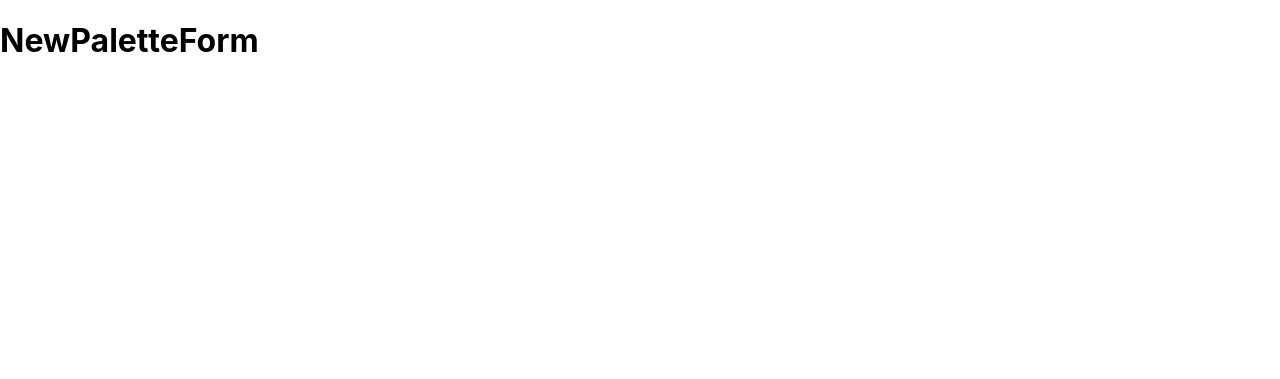
Repository: KishoreNewton/newcolors
Page: /create-new-colors
An editor plug-in stored every save of this project. The page is shown before and after a run of saves, followed by the edit.
The browser window is 1280 px wide. The pictures show the whole page.
The project was rebuilt for these pictures with package versions that can differ from the ones it lists, and the page was loaded fresh each time. Also part of the build but not shown: src/ColorBox.css, src/styles/ColorBoxStyles.js, src/ColorBox.js, src/Palette.css, src/styles/NavBarStyles.js, src/NavBar.js, src/styles/PaletteStyles.js, src/Palette.js and 5 more.

Above is the page before, as saved 2019-12-13 01:01:39.

### src/index.js
import React from 'react';
import ReactDOM from 'react-dom';
import './index.css';
import App from './App';
import * as serviceWorker from './serviceWorker';
import { BrowserRouter } from "react-router-dom"

ReactDOM.render(
<BrowserRouter>
<App />
</BrowserRouter>, document.getElementById('root'));

// If you want your app to work offline and load faster, you can change
// unregister() to register() below. Note this comes with some pitfalls.
// Learn more about service workers: https://bit.ly/CRA-PWA
serviceWorker.unregister();

### src/App.js
import React, { Component } from 'react';
import Palette from "./Palette"
import seedColors from "./seedColors"
import { generatePalette } from "./colorHelpers"
import { Router, Route, Switch } from "react-router-dom"
import PalletList from "./PalletList"
import SingleColorPalette from "./SingleColorPalette"
import NewPaletteForm from "./NewPaletteForm"


class App extends Component {
  findPalette(id){
   return seedColors.find(function(palette){
      return palette.id === id
    })
  }
  render(){
    console.log(generatePalette(seedColors[5]))
  return (
    <Switch>
    <Route exact path="/create-new-colors" render={() => <NewPaletteForm />} />
    <Route path="/palette/:paletteId/:colorId" render={routeProps => (
      <SingleColorPalette colorId={routeProps.match.params.colorId} palette={generatePalette(this.findPalette(routeProps.match.params.paletteId))} />
    )} />
    <Route exact path="/" render={(routeProps) => <PalletList palettes={seedColors} {...routeProps} />} />
    <Route exact path="/palette/:id" render={routeProps => (
      <Palette palette={generatePalette(this.findPalette(routeProps.match.params.id))} />
    )}
    />
    </Switch>
  )}
}

export default App

### src/seedColors.js
export default [
  {
    paletteName: "Material UI Colors",
    id: "material-ui-colors",
    emoji: "🎨",
    colors: [
      { name: "red", color: "#F44336" },
      { name: "pink", color: "#E91E63" },
      { name: "purple", color: "#9C27B0" },
      { name: "deeppurple", color: "#673AB7" },
      { name: "indigo", color: "#3F51B5" },
      { name: "blue", color: "#2196F3" },
      { name: "lightblue", color: "#03A9F4" },
      { name: "cyan", color: "#00BCD4" },
      { name: "teal", color: "#009688" },
      { name: "green", color: "#4CAF50" },
      { name: "lightgreen", color: "#8BC34A" },
      { name: "lime", color: "#CDDC39" },
      { name: "yellow", color: "#FFEB3B" },
      { name: "amber", color: "#FFC107" },
      { name: "orange", color: "#FF9800" },
      { name: "deeporange", color: "#FF5722" },
      { name: "brown", color: "#795548" },
      { name: "grey", color: "#9E9E9E" },
      { name: "bluegrey", color: "#607D8B" }
    ]
  },
  {
    paletteName: "Flat UI Colors v1",
    id: "flat-ui-colors-v1",
    emoji: "🤙",
    colors: [
      { name: "Turquoise", color: "#1abc9c" },
      { name: "Emerald", color: "#2ecc71" },
      { name: "PeterRiver", color: "#3498db" },
      { name: "Amethyst", color: "#9b59b6" },
      { name: "WetAsphalt", color: "#34495e" },
      { name: "GreenSea", color: "#16a085" },
      { name: "Nephritis", color: "#27ae60" },
      { name: "BelizeHole", color: "#2980b9" },
      { name: "Wisteria", color: "#8e44ad" },
      { name: "MidnightBlue", color: "#2c3e50" },
      { name: "SunFlower", color: "#f1c40f" },
      { name: "Carrot", color: "#e67e22" },
      { name: "Alizarin", color: "#e74c3c" },
      { name: "Clouds", color: "#ecf0f1" },
      { name: "Concrete", color: "#95a5a6" },
      { name: "Orange", color: "#f39c12" },
      { name: "Pumpkin", color: "#d35400" },
      { name: "Pomegranate", color: "#c0392b" },
      { name: "Silver", color: "#bdc3c7" },
      { name: "Asbestos", color: "#7f8c8d" }
    ]
  },
  {
    paletteName: "Flat UI Colors Dutch",
    id: "flat-ui-colors-dutch",
    emoji: "🇳🇱",
    colors: [
      { name: "Sunflower", color: "#FFC312" },
      { name: "Energos", color: "#C4E538" },
      { name: "BlueMartina", color: "#12CBC4" },
      { name: "LavenderRose", color: "#FDA7DF" },
      { name: "BaraRose", color: "#ED4C67" },
      { name: "RadiantYellow", color: "#F79F1F" },
      { name: "AndroidGreen", color: "#A3CB38" },
      { name: "MediterraneanSea", color: "#1289A7" },
      { name: "LavenderTea", color: "#D980FA" },
      { name: "VerryBerry", color: "#B53471" },
      { name: "PuffinsBill", color: "#EE5A24" },
      { name: "PixelatedGrass", color: "#009432" },
      { name: "MerchantMarineBlue", color: "#0652DD" },
      { name: "ForgottenPurple", color: "#9980FA" },
      { name: "HollyHock", color: "#833471" },
      { name: "RedPigment", color: "#EA2027" },
      { name: "TurkishAqua", color: "#006266" },
      { name: "20000LeaguesUnderTheSea", color: "#1B1464" },
      { name: "CircumorbitalRing", color: "#5758BB" },
      { name: "MagentaPurple", color: "#6F1E51" }
    ]
  },
  {
    paletteName: "Flat UI Colors American",
    id: "flat-ui-colors-american",
    emoji: "🇺🇸",
    colors: [
      { name: "LightGreenishBlue", color: "#55efc4" },
      { name: "FadedPoster", color: "#81ecec" },
      { name: "GreenDarnerTail", color: "#74b9ff" },
      { name: "ShyMoment", color: "#a29bfe" },
      { name: "CityLights", color: "#dfe6e9" },
      { name: "MintLeaf", color: "#00b894" },
      { name: "RobinsEggBlue", color: "#00cec9" },
      { name: "ElectronBlue", color: "#0984e3" },
      { name: "ExodusFruit", color: "#6c5ce7" },
      { name: "SoothingBreeze", color: "#b2bec3" },
      { name: "SourLemon", color: "#ffeaa7" },
      { name: "FirstDate", color: "#fab1a0" },
      { name: "PinkGlamour", color: "#ff7675" },
      { name: "Pico8Pink", color: "#fd79a8" },
      { name: "AmericanRiver", color: "#636e72" },
      { name: "BrightYarrow", color: "#fdcb6e" },
      { name: "OrangeVille", color: "#e17055" },
      { name: "Chi-Gong", color: "#d63031" },
      { name: "PrunusAvium", color: "#e84393" },
      { name: "DraculaOrchid", color: "#2d3436" }
    ]
  },
  {
    paletteName: "Flat UI Colors Aussie",
    id: "flat-ui-colors-aussie",
    emoji: "🇦🇺",
    colors: [
      { name: "Beekeeper", color: "#f6e58d" },
      { name: "SpicedNectarine", color: "#ffbe76" },
      { name: "PinkGlamour", color: "#ff7979" },
      { name: "JuneBud", color: "#badc58" },
      { name: "CoastalBreeze", color: "#dff9fb" },
      { name: "Turbo", color: "#f9ca24" },
      { name: "QuinceJelly", color: "#f0932b" },
      { name: "CarminePink", color: "#eb4d4b" },
      { name: "PureApple", color: "#6ab04c" },
      { name: "HintOfIcePack", color: "#c7ecee" },
      { name: "MiddleBlue", color: "#7ed6df" },
      { name: "Heliotrope", color: "#e056fd" },
      { name: "ExodusFruit", color: "#686de0" },
      { name: "DeepKoamaru", color: "#30336b" },
      { name: "SoaringEagle", color: "#95afc0" },
      { name: "GreenlandGreen", color: "#22a6b3" },
      { name: "SteelPink", color: "#be2edd" },
      { name: "Blurple", color: "#4834d4" },
      { name: "DeepCove", color: "#130f40" },
      { name: "WizardGrey", color: "#535c68" }
    ]
  },
  {
    paletteName: "Flat UI Colors British",
    id: "flat-ui-colors-british",
    emoji: "🇬🇧",
    colors: [
      { name: "ProtossPylon", color: "#00a8ff" },
      { name: "Periwinkle", color: "#9c88ff" },
      { name: "Rise-N-Shine", color: "#fbc531" },
      { name: "DownloadProgress", color: "#4cd137" },
      { name: "Seabrook", color: "#487eb0" },
      { name: "VanaDylBlue", color: "#0097e6" },
      { name: "MattPurple", color: "#8c7ae6" },
      { name: "NanohanachaGold", color: "#e1b12c" },
      { name: "SkirretGreen", color: "#44bd32" },
      { name: "Naval", color: "#40739e" },
      { name: "NasturcianFlower", color: "#e84118" },
      { name: "LynxWhite", color: "#f5f6fa" },
      { name: "BlueberrySoda", color: "#7f8fa6" },
      { name: "MazarineBlue", color: "#273c75" },
      { name: "BlueNights", color: "#353b48" },
      { name: "HarleyOrange", color: "#c23616" },
      { name: "HintOfPensive", color: "#dcdde1" },
      { name: "ChainGangGrey", color: "#718093" },
      { name: "PicoVoid", color: "#192a56" },
      { name: "ElectroMagnetic", color: "#2f3640" }
    ]
  },
  {
    paletteName: "Flat UI Colors Spanish",
    id: "flat-ui-colors-spanish",
    emoji: "🇪🇸",
    colors: [
      { name: "JacksonsPurple", color: "#40407a" },
      { name: "C64Purple", color: "#706fd3" },
      { name: "SwanWhite", color: "#f7f1e3" },
      { name: "SummerSky", color: "#34ace0" },
      { name: "CelestialGreen", color: "#33d9b2" },
      { name: "LuckyPoint", color: "#2c2c54" },
      { name: "Liberty", color: "#474787" },
      { name: "HotStone", color: "#aaa69d" },
      { name: "DevilBlue", color: "#227093" },
      { name: "PalmSpringsSplash", color: "#218c74" },
      { name: "FlourescentRed", color: "#ff5252" },
      { name: "SyntheticPumpkin", color: "#ff793f" },
      { name: "CrocodileTooth", color: "#d1ccc0" },
      { name: "MandarinSorbet", color: "#ffb142" },
      { name: "SpicedButterNut", color: "#ffda79" },
      { name: "EyeOfNewt", color: "#b33939" },
      { name: "ChileanFire", color: "#cd6133" },
      { name: "GreyPorcelain", color: "#84817a" },
      { name: "AlamedaOchre", color: "#cc8e35" },
      { name: "Desert", color: "#ccae62" }
    ]
  },
  {
    paletteName: "Flat UI Colors Indian",
    id: "flat-ui-colors-indian",
    emoji: "🇮🇳",
    colors: [
      { name: "OrchidOrange", color: "#FEA47F" },
      { name: "SpiroDiscoBall", color: "#25CCF7" },
      { name: "HoneyGlow", color: "#EAB543" },
      { name: "SweetGarden", color: "#55E6C1" },
      { name: "FallingStar", color: "#CAD3C8" },
      { name: "RichGardenia", color: "#F97F51" },
      { name: "ClearChill", color: "#1B9CFC" },
      { name: "WhitePepper", color: "#F8EFBA" },
      { name: "Keppel", color: "#58B19F" },
      { name: "ShipsOfficer", color: "#2C3A47" },
      { name: "FieryFuchsia", color: "#B33771" },
      { name: "BlueBell", color: "#3B3B98" },
      { name: "GeorgiaPeach", color: "#FD7272" },
      { name: "OasisStream", color: "#9AECDB" },
      { name: "BrightUbe", color: "#D6A2E8" },
      { name: "MagentaPurple", color: "#6D214F" },
      { name: "EndingNavyBlue", color: "#182C61" },
      { name: "SasquatchSocks", color: "#FC427B" },
      { name: "PineGlade", color: "#BDC581" },
      { name: "HighlighterLavender", color: "#82589F" }
    ]
  },
  {
    paletteName: "Flat UI Colors French",
    id: "flat-ui-colors-french",
    emoji: "🇫🇷",
    colors: [
      { name: "FlatFlesh", color: "#fad390" },
      { name: "MelonMelody", color: "#f8c291" },
      { name: "Livid", color: "#6a89cc" },
      { name: "Spray", color: "#82ccdd" },
      { name: "ParadiseGreen", color: "#b8e994" },
      { name: "SquashBlossom", color: "#f6b93b" },
      { name: "MandarinRed", color: "#e55039" },
      { name: "AzraqBlue", color: "#4a69bd" },
      { name: "Dupain", color: "#60a3bc" },
      { name: "AuroraGreen", color: "#78e08f" },
      { name: "IcelandPoppy", color: "#fa983a" },
      { name: "TomatoRed", color: "#eb2f06" },
      { name: "YueGuangBlue", color: "#1e3799" },
      { name: "GoodSamaritan", color: "#3c6382" },
      { name: "Waterfall", color: "#38ada9" },
      { name: "CarrotOrange", color: "#e58e26" },
      { name: "JalapenoRed", color: "#b71540" },
      { name: "DarkSapphire", color: "#0c2461" },
      { name: "ForestBlues", color: "#0a3d62" },
      { name: "ReefEncounter", color: "#079992" }
    ]
  }
];

### src/colorHelpers.js
import chroma from "chroma-js"

const levels = [50, 100, 200, 300, 400, 500, 600, 700, 800, 900]

function generatePalette(starterPalette){
    let newPalettee = {
        paletteName: starterPalette.paletteName,
        id: starterPalette.id,
        emoji: starterPalette.emoji,
        colors: {}
    }
    for(let level of levels){
        newPalettee.colors[level] = []
    }
    for(let color of starterPalette.colors){
        let scale = getScale(color.color, 10).reverse()
        for(let i in scale){
            newPalettee.colors[levels[i]].push({
                name: `${color.name} ${levels[i]}`,
                id: color.name.toLowerCase().replace(/ /g, "-"),
                hex: scale[i],
                rgb: chroma(scale[i]).css(),
                rgba: chroma(scale[i]).css().replace("rgb", "rgba").replace(")", ",1.0)")
            })
        }
    }
    return newPalettee
}

function getRange(hexColor){
    const end = "#FFF"
    return [
        chroma(hexColor).darken(1.4).hex(),
        hexColor,
        end
    ]
}

function getScale(hexColor, numberOfColors){
   return chroma.scale(getRange(hexColor)).mode("lab").colors(numberOfColors)
}

export { generatePalette }

### src/NewPaletteForm.js
import React, { Component } from 'react'
import classNames from 'classnames';
import { withStyles } from '@material-ui/core/styles';
import Drawer from '@material-ui/core/Drawer';
import CssBaseline from '@material-ui/core/CssBaseline';
import AppBar from '@material-ui/core/AppBar';
import Toolbar from '@material-ui/core/Toolbar';
import List from '@material-ui/core/List';
import Typography from '@material-ui/core/Typography';
import Divider from '@material-ui/core/Divider';
import IconButton from '@material-ui/core/IconButton';
import MenuIcon from '@material-ui/icons/Menu';
import ChevronLeftIcon from '@material-ui/icons/ChevronLeft';
import ChevronRightIcon from '@material-ui/icons/ChevronRight';
import ListItem from '@material-ui/core/ListItem';
import ListItemIcon from '@material-ui/core/ListItemIcon';
import ListItemText from '@material-ui/core/ListItemText';
import InboxIcon from '@material-ui/icons/MoveToInbox';
import MailIcon from '@material-ui/icons/Mail';

const drawerWidth = 240

const styles = theme => ({
    root: {
      display: 'flex',
    },
    appBar: {
      transition: theme.transitions.create(['margin', 'width'], {
        easing: theme.transitions.easing.sharp,
        duration: theme.transitions.duration.leavingScreen,
      }),
    },
    appBarShift: {
      width: `calc(100% - ${drawerWidth}px)`,
      marginLeft: drawerWidth,
      transition: theme.transitions.create(['margin', 'width'], {
        easing: theme.transitions.easing.easeOut,
        duration: theme.transitions.duration.enteringScreen,
      }),
    },
    menuButton: {
      marginLeft: 12,
      marginRight: 20,
    },
    hide: {
      display: 'none',
    },
    drawer: {
      width: drawerWidth,
      flexShrink: 0,
    },
    drawerPaper: {
      width: drawerWidth,
    },
    drawerHeader: {
      display: 'flex',
      alignItems: 'center',
      padding: '0 8px',
      ...theme.mixins.toolbar,
      justifyContent: 'flex-end',
    },
    content: {
      flexGrow: 1,
      padding: theme.spacing.unit * 3,
      transition: theme.transitions.create('margin', {
        easing: theme.transitions.easing.sharp,
        duration: theme.transitions.duration.leavingScreen,
      }),
      marginLeft: -drawerWidth,
    },
    contentShift: {
      transition: theme.transitions.create('margin', {
        easing: theme.transitions.easing.easeOut,
        duration: theme.transitions.duration.enteringScreen,
      }),
      marginLeft: 0,
    },
  });

export default class NewPaletteForm extends Component {
  render() {
    return (
      <div>
        <h1>NewPaletteForm</h1>
      </div>
    )
  }
}

Loaded but not shown: public/index.html (common file); src/index.css (common file); src/serviceWorker.js (common file)

After the next 6 saves:
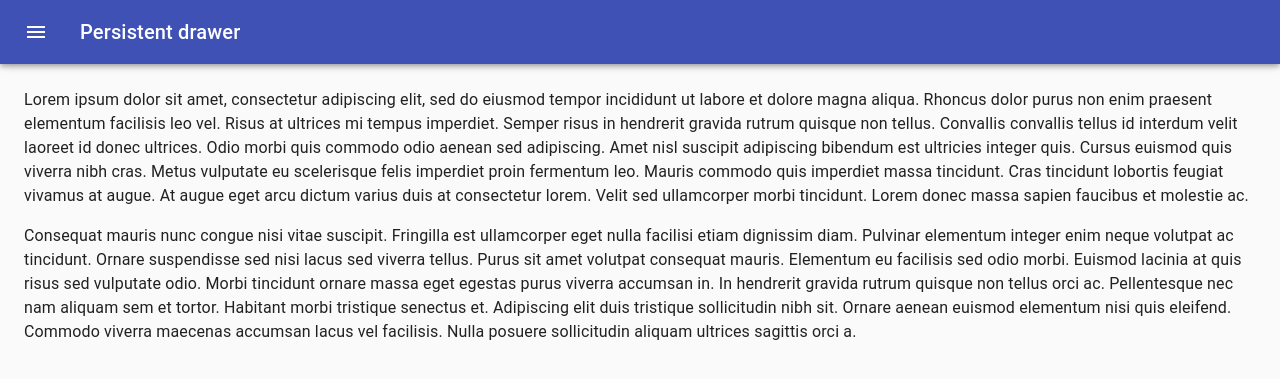
The 6 saves are shown as one change because 5 did not build or start.
The last was saved 2 min 19 s later.
--- a/src/NewPaletteForm.js
+++ b/src/NewPaletteForm.js
@@ -77,12 +77,113 @@ const styles = theme => ({
     },
   });
 
-export default class NewPaletteForm extends Component {
-  render() {
-    return (
-      <div>
-        <h1>NewPaletteForm</h1>
-      </div>
-    )
+  class NewPaletteForm extends Component {
+    state = {
+      open: false,
+    };
+
+    handleDrawerOpen = () => {
+      this.setState({ open: true });
+    };
+
+    handleDrawerClose = () => {
+      this.setState({ open: false });
+    };
+
+    render() {
+      const { classes, theme } = this.props;
+      const { open } = this.state;
+
+      return (
+        <div className={classes.root}>
+          <CssBaseline />
+          <AppBar
+            position="fixed"
+            className={classNames(classes.appBar, {
+              [classes.appBarShift]: open,
+            })}
+          >
+            <Toolbar disableGutters={!open}>
+              <IconButton
+                color="inherit"
+                aria-label="Open drawer"
+                onClick={this.handleDrawerOpen}
+                className={classNames(classes.menuButton, open && classes.hide)}
+              >
+                <MenuIcon />
+              </IconButton>
+              <Typography variant="h6" color="inherit" noWrap>
+                Persistent drawer
+              </Typography>
+            </Toolbar>
+          </AppBar>
+          <Drawer
+            className={classes.drawer}
+            variant="persistent"
+            anchor="left"
+            open={open}
+            classes={{
+              paper: classes.drawerPaper,
+            }}
+          >
+            <div className={classes.drawerHeader}>
+              <IconButton onClick={this.handleDrawerClose}>
+                {theme.direction === 'ltr' ? <ChevronLeftIcon /> : <ChevronRightIcon />}
+              </IconButton>
+            </div>
+            <Divider />
+            <List>
+              {['Inbox', 'Starred', 'Send email', 'Drafts'].map((text, index) => (
+                <ListItem button key={text}>
+                  <ListItemIcon>{index % 2 === 0 ? <InboxIcon /> : <MailIcon />}</ListItemIcon>
+                  <ListItemText primary={text} />
+                </ListItem>
+              ))}
+            </List>
+            <Divider />
+            <List>
+              {['All mail', 'Trash', 'Spam'].map((text, index) => (
+                <ListItem button key={text}>
+                  <ListItemIcon>{index % 2 === 0 ? <InboxIcon /> : <MailIcon />}</ListItemIcon>
+                  <ListItemText primary={text} />
+                </ListItem>
+              ))}
+            </List>
+          </Drawer>
+          <main
+            className={classNames(classes.content, {
+              [classes.contentShift]: open,
+            })}
+          >
+            <div className={classes.drawerHeader} />
+            <Typography paragraph>
+              Lorem ipsum dolor sit amet, consectetur adipiscing elit, sed do eiusmod tempor
+              incididunt ut labore et dolore magna aliqua. Rhoncus dolor purus non enim praesent
+              elementum facilisis leo vel. Risus at ultrices mi tempus imperdiet. Semper risus in
+              hendrerit gravida rutrum quisque non tellus. Convallis convallis tellus id interdum
+              velit laoreet id donec ultrices. Odio morbi quis commodo odio aenean sed adipiscing.
+              Amet nisl suscipit adipiscing bibendum est ultricies integer quis. Cursus euismod quis
+              viverra nibh cras. Metus vulputate eu scelerisque felis imperdiet proin fermentum leo.
+              Mauris commodo quis imperdiet massa tincidunt. Cras tincidunt lobortis feugiat vivamus
+              at augue. At augue eget arcu dictum varius duis at consectetur lorem. Velit sed
+              ullamcorper morbi tincidunt. Lorem donec massa sapien faucibus et molestie ac.
+            </Typography>
+            <Typography paragraph>
+              Consequat mauris nunc congue nisi vitae suscipit. Fringilla est ullamcorper eget nulla
+              facilisi etiam dignissim diam. Pulvinar elementum integer enim neque volutpat ac
+              tincidunt. Ornare suspendisse sed nisi lacus sed viverra tellus. Purus sit amet volutpat
+              consequat mauris. Elementum eu facilisis sed odio morbi. Euismod lacinia at quis risus
+              sed vulputate odio. Morbi tincidunt ornare massa eget egestas purus viverra accumsan in.
+              In hendrerit gravida rutrum quisque non tellus orci ac. Pellentesque nec nam aliquam sem
+              et tortor. Habitant morbi tristique senectus et. Adipiscing elit duis tristique
+              sollicitudin nibh sit. Ornare aenean euismod elementum nisi quis eleifend. Commodo
+              viverra maecenas accumsan lacus vel facilisis. Nulla posuere sollicitudin aliquam
+              ultrices sagittis orci a.
+            </Typography>
+          </main>
+        </div>
+      );
+    }
   }
-}
+
+  export default withStyles(styles, { withTheme: true })(NewPaletteForm);
